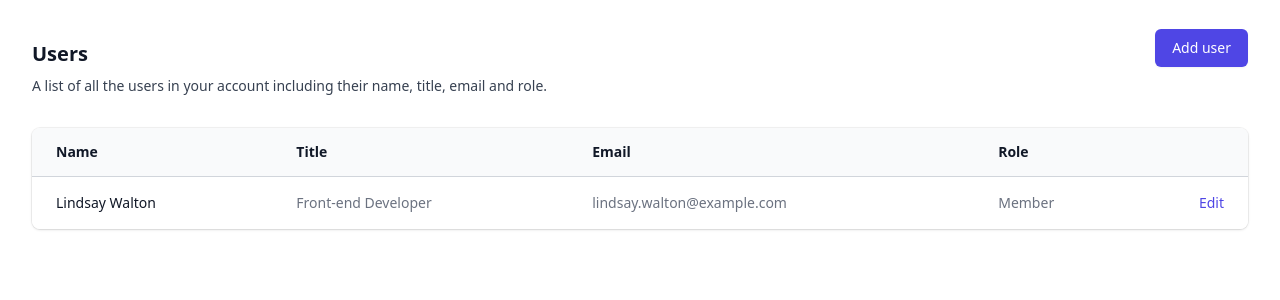
Repository: emorilebo/cpu-reader
Page: /
These files come from the project's save history. The page is drawn as it stood at one moment and after the next save; the edit follows.
The browser window is 1280 px wide. The pictures show the whole page.
The project was rebuilt for these pictures with package versions that can differ from the ones it lists, and the page was loaded fresh each time. The framework's server and built-in components were replaced by stand-ins that run in the browser. Also part of the build but not shown: next.config.js, styles/Home.module.css.

Above is the page before, as saved 2023-01-13 12:28:03.

### pages/index.js
import Head from 'next/head'
import Image from 'next/image'
import { Inter } from '@next/font/google'
import styles from '../styles/Home.module.css'
import Tables from '../components/Tables'

const inter = Inter({ subsets: ['latin'] })

export default function Home() {
  return (
    <>
      <Head>
        <title>Create Next App</title>
        <meta name="description" content="Generated by create next app" />
        <meta name="viewport" content="width=device-width, initial-scale=1" />
        <link rel="icon" href="/favicon.ico" />
      </Head>
      <main className="">
       <Tables/>
      </main>
    </>
  )
}

### styles/globals.css
@tailwind base;
@tailwind components;
@tailwind utilities;

/* :root {
  --max-width: 1100px;
  --border-radius: 12px;
  --font-mono: ui-monospace, Menlo, Monaco, "Cascadia Mono", "Segoe UI Mono",
    "Roboto Mono", "Oxygen Mono", "Ubuntu Monospace", "Source Code Pro",
    "Fira Mono", "Droid Sans Mono", "Courier New", monospace;

  --foreground-rgb: 0, 0, 0;
  --background-start-rgb: 214, 219, 220;
  --background-end-rgb: 255, 255, 255;

  --primary-glow: conic-gradient(
    from 180deg at 50% 50%,
    #16abff33 0deg,
    #0885ff33 55deg,
    #54d6ff33 120deg,
    #0071ff33 160deg,
    transparent 360deg
  );
  --secondary-glow: radial-gradient(
    rgba(255, 255, 255, 1),
    rgba(255, 255, 255, 0)
  );

  --tile-start-rgb: 239, 245, 249;
  --tile-end-rgb: 228, 232, 233;
  --tile-border: conic-gradient(
    #00000080,
    #00000040,
    #00000030,
    #00000020,
    #00000010,
    #00000010,
    #00000080
  );

  --callout-rgb: 238, 240, 241;
  --callout-border-rgb: 172, 175, 176;
  --card-rgb: 180, 185, 188;
  --card-border-rgb: 131, 134, 135;
}

@media (prefers-color-scheme: dark) {
  :root {
    --foreground-rgb: 255, 255, 255;
    --background-start-rgb: 0, 0, 0;
    --background-end-rgb: 0, 0, 0;

    --primary-glow: radial-gradient(rgba(1, 65, 255, 0.4), rgba(1, 65, 255, 0));
    --secondary-glow: linear-gradient(
      to bottom right,
      rgba(1, 65, 255, 0),
      rgba(1, 65, 255, 0),
      rgba(1, 65, 255, 0.3)
    );

    --tile-start-rgb: 2, 13, 46;
    --tile-end-rgb: 2, 5, 19;
    --tile-border: conic-gradient(
      #ffffff80,
      #ffffff40,
      #ffffff30,
      #ffffff20,
      #ffffff10,
      #ffffff10,
      #ffffff80
    );

    --callout-rgb: 20, 20, 20;
    --callout-border-rgb: 108, 108, 108;
    --card-rgb: 100, 100, 100;
    --card-border-rgb: 200, 200, 200;
  }
}

* {
  box-sizing: border-box;
  padding: 0;
  margin: 0;
}

html,
body {
  max-width: 100vw;
  overflow-x: hidden;
}

body {
  color: rgb(var(--foreground-rgb));
  background: linear-gradient(
      to bottom,
      transparent,
      rgb(var(--background-end-rgb))
    )
    rgb(var(--background-start-rgb));
}

a {
  color: inherit;
  text-decoration: none;
}

@media (prefers-color-scheme: dark) {
  html {
    color-scheme: dark;
  }
} */

### components/Tables.jsx
import React from "react";

const cpu = [
    { name: 'Lindsay Walton', title: 'Front-end Developer', email: 'lindsay.walton@example.com', role: 'Member' },
    // More people...
  ]

export default function Tables() {
  return (
    <div className="px-4 sm:px-6 lg:px-8">
      <div className="sm:flex sm:items-center">
        <div className="sm:flex-auto">
          <h1 className=" mt-10 text-xl font-semibold text-gray-900">Users</h1>
          <p className="mt-2 text-sm text-gray-700">
            A list of all the users in your account including their name, title,
            email and role.
          </p>
        </div>
        <div className="mt-4 sm:mt-0 sm:ml-16 sm:flex-none">
          <button
            type="button"
            className="inline-flex items-center justify-center rounded-md border border-transparent bg-indigo-600 px-4 py-2 text-sm font-medium text-white shadow-sm hover:bg-indigo-700 focus:outline-none focus:ring-2 focus:ring-indigo-500 focus:ring-offset-2 sm:w-auto"
          >
            Add user
          </button>
        </div>
      </div>
      <div className="mt-8 flex flex-col">
        <div className="-my-2 -mx-4 overflow-x-auto sm:-mx-6 lg:-mx-8">
          <div className="inline-block min-w-full py-2 align-middle md:px-6 lg:px-8">
            <div className="overflow-hidden shadow ring-1 ring-black ring-opacity-5 md:rounded-lg">
              <table className="min-w-full divide-y divide-gray-300">
                <thead className="bg-gray-50">
                  <tr>
                    <th
                      scope="col"
                      className="py-3.5 pl-4 pr-3 text-left text-sm font-semibold text-gray-900 sm:pl-6"
                    >
                      Name
                    </th>
                    <th
                      scope="col"
                      className="px-3 py-3.5 text-left text-sm font-semibold text-gray-900"
                    >
                      Title
                    </th>
                    <th
                      scope="col"
                      className="px-3 py-3.5 text-left text-sm font-semibold text-gray-900"
                    >
                      Email
                    </th>
                    <th
                      scope="col"
                      className="px-3 py-3.5 text-left text-sm font-semibold text-gray-900"
                    >
                      Role
                    </th>
                    <th
                      scope="col"
                      className="relative py-3.5 pl-3 pr-4 sm:pr-6"
                    >
                      <span className="sr-only">Edit</span>
                    </th>
                  </tr>
                </thead>
                <tbody className="divide-y divide-gray-200 bg-white">
                  {cpu.map((person) => (
                    <tr key={person.email}>
                      <td className="whitespace-nowrap py-4 pl-4 pr-3 text-sm font-medium text-gray-900 sm:pl-6">
                        {person.name}
                      </td>
                      <td className="whitespace-nowrap px-3 py-4 text-sm text-gray-500">
                        {person.title}
                      </td>
                      <td className="whitespace-nowrap px-3 py-4 text-sm text-gray-500">
                        {person.email}
                      </td>
                      <td className="whitespace-nowrap px-3 py-4 text-sm text-gray-500">
                        {person.role}
                      </td>
                      <td className="relative whitespace-nowrap py-4 pl-3 pr-4 text-right text-sm font-medium sm:pr-6">
                        <a
                          href="#"
                          className="text-indigo-600 hover:text-indigo-900"
                        >
                          Edit<span className="sr-only">, {person.name}</span>
                        </a>
                      </td>
                    </tr>
                  ))}
                </tbody>
              </table>
            </div>
          </div>
        </div>
      </div>
    </div>
  );
}

Loaded but not shown: pages/_app.js (common file); pages/_document.js (common file); tailwind.config.js (common file)

After the next save:
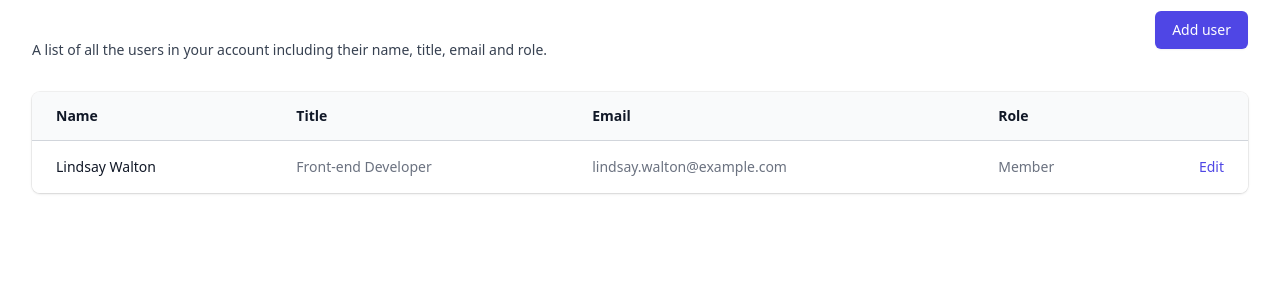
Saved 7 s later.
--- a/components/Tables.jsx
+++ b/components/Tables.jsx
@@ -10,7 +10,7 @@
     <div className="px-4 sm:px-6 lg:px-8">
       <div className="sm:flex sm:items-center">
         <div className="sm:flex-auto">
-          <h1 className=" mt-10 text-xl font-semibold text-gray-900">Users</h1>
+          <h1 className=" mt-10 text-xl font-semibold text-gray-900"></h1>
           <p className="mt-2 text-sm text-gray-700">
             A list of all the users in your account including their name, title,
             email and role.

After the 3 saves that followed:
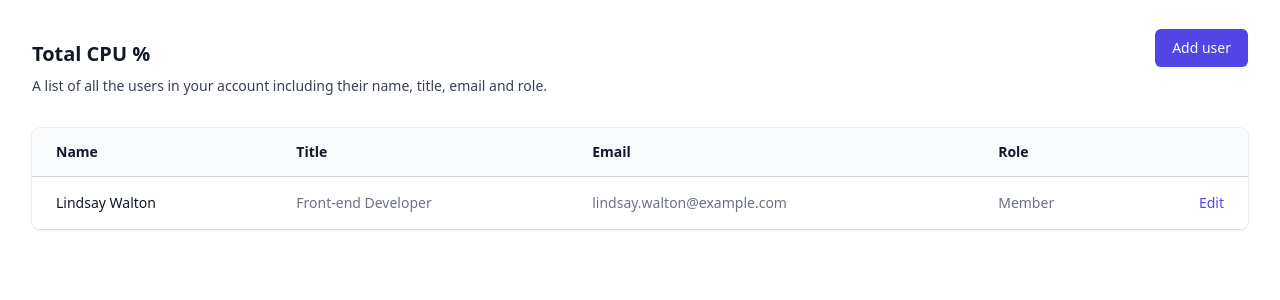
The 3 saves are shown as one change because they came seconds apart.
The last was saved 11 s later.
--- a/components/Tables.jsx
+++ b/components/Tables.jsx
@@ -10,7 +10,7 @@
     <div className="px-4 sm:px-6 lg:px-8">
       <div className="sm:flex sm:items-center">
         <div className="sm:flex-auto">
-          <h1 className=" mt-10 text-xl font-semibold text-gray-900"></h1>
+          <h1 className=" mt-10 text-xl font-semibold text-gray-900">Total CPU %</h1>
           <p className="mt-2 text-sm text-gray-700">
             A list of all the users in your account including their name, title,
             email and role.
